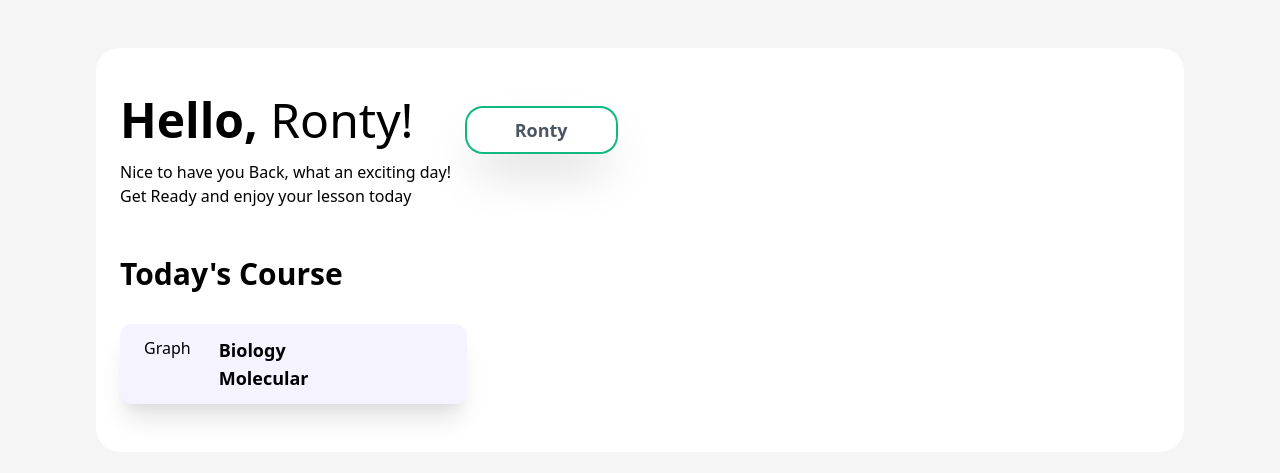
Repository: coolronts/Vite-Tailwind
Page: /
These files come from the project's save history. The page is drawn as it stood at one moment and after a run of saves; the edit follows.
The browser window is 1280 px wide. The pictures show the whole page.
The project was rebuilt for these pictures with package versions that can differ from the ones it lists, and the page was loaded fresh each time. Also part of the build but not shown: vite.config.js.

Above is the page before, as saved 2021-11-26 07:31:09.

### src/App.jsx
import './App.css'

import {Course, Intro} from './Section'
import { PrimaryButton, SecondaryButton } from './components/Button'

import {PrimaryCard} from './components/Card'
import SplitScreen from './components/SplitScreen'
import { useState } from 'react'

function App() {

  return (
    <div className="App bg-white my-12 mx-24 rounded-3xl px-6 py-12">
      <SplitScreen leftWeight = 'w-1/3'>
        <div id="left">
          <Intro/>
          <div id="course">
            <p className="text-3xl font-bold  font-sans mb-8">Today's Course</p>
            <PrimaryCard>
              <Course/>
            </PrimaryCard>
          </div>

        </div>

        <div id="right">
          <SecondaryButton name="Ronty"/>
        </div>


      </SplitScreen>
    </div>
  )
}

export default App

### src/Section/index.js
import Course from "./Course";
import Intro from "./Intro";

export { Intro, Course };

### src/components/Button/index.jsx
import React from 'react'

export const PrimaryButton = ({name}) =>{
  return (
    <button className="bg-green-500 px-12 py-2 ring-2 ring-green-500 text-white text-lg font-semibold shadow-2xl rounded-2xl mt-3">
      {name}
    </button>
  )
}

export const SecondaryButton = ({name}) =>{
  return (
    <button className="bg-white px-12 py-2 ring-2 ring-green-500 text-gray-600 text-lg font-semibold shadow-2xl rounded-2xl mt-3">
      {name}
    </button>
  )
}

### src/components/Card/index.jsx
import React from 'react'

export const PrimaryCard =({children})=> {
  return (
    <div className="bg-purple-50 py-3 px-6  rounded-xl shadow-xl">
      {children}
    </div>
  )
}

### src/components/SplitScreen/index.jsx
import PropTypes from 'prop-types'
import React from "react"
import tw from "tailwind-styled-components"

const Container = tw.div`${(props) => props.weight}`;

const Pane = tw.div`${(props) => props.weight}`;

const SplitScreen = ({
	children,
	containerWeight = 'flex w-full',
  leftWeight = 'w-1/2',
	rightWeight = 'w-1/2',
}) => {
	const [left, right] = children;
	return (
		<Container className={containerWeight}>
			<Pane className={leftWeight}>
				{left}
			</Pane>
			<Pane className={rightWeight}>
				{right}
			</Pane>
		</Container>
	);
}

export default SplitScreen

SplitScreen.propTypes = {
	children: PropTypes.arrayOf(PropTypes.node).isRequired,
	containerWeight: PropTypes.string,
	leftWeight: PropTypes.string,
	rightWeight: PropTypes.string,
}

### src/Section/Course/index.jsx
import React from 'react'
import SplitScreen from '../../components/SplitScreen'

export default function Course() {
  return (
    <SplitScreen leftWeight = 'w-1/4'>
      <div id="left">
        Graph
      </div>
      <div id="right">
        <h4 className="font-bold text-lg">Biology Molecular</h4>
      </div>
    </SplitScreen>
  )
}

### src/Section/Intro/index.jsx
import React from 'react'

export default function Intro({name}) {
  return (
    <div className="mb-12">
      <h3 className="text-5xl font-sans font-bold mb-4">Hello, <span className="font-light">Ronty!</span> </h3>
      <div className="font-semibold tracking-wide text-gray-500">

      </div>
      <h5>Nice to have you Back, what an exciting day!</h5>
      <h5>Get Ready and enjoy your lesson today</h5>
    </div>
  )
}

Loaded but not shown: index.html (common file); src/main.jsx (common file); src/index.css (common file); src/App.css (common file); tailwind.config.js (common file)

After the next 2 saves:
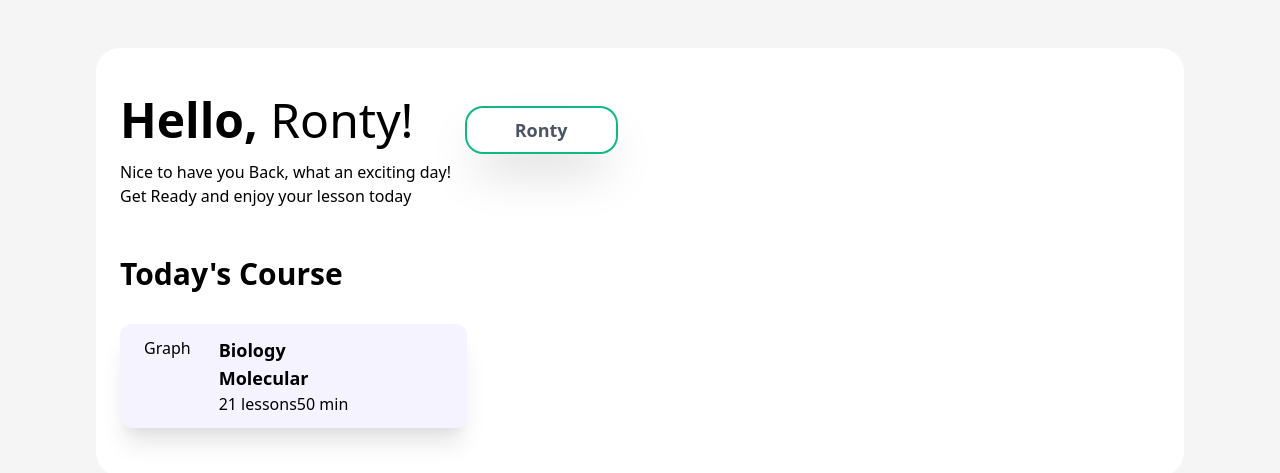
The 2 saves are shown as one change because 1 did not build or start.
The last was saved 68 s later.
--- a/src/Section/Course/index.jsx
+++ b/src/Section/Course/index.jsx
@@ -9,6 +9,12 @@ export default function Course() {
       </div>
       <div id="right">
         <h4 className="font-bold text-lg">Biology Molecular</h4>
+        <div className="flex flex-col">
+          <div className="flex flex-row">
+            <p>21 lessons</p>
+            <p>50 min</p>
+          </div>
+        </div>
       </div>
     </SplitScreen>
   )
